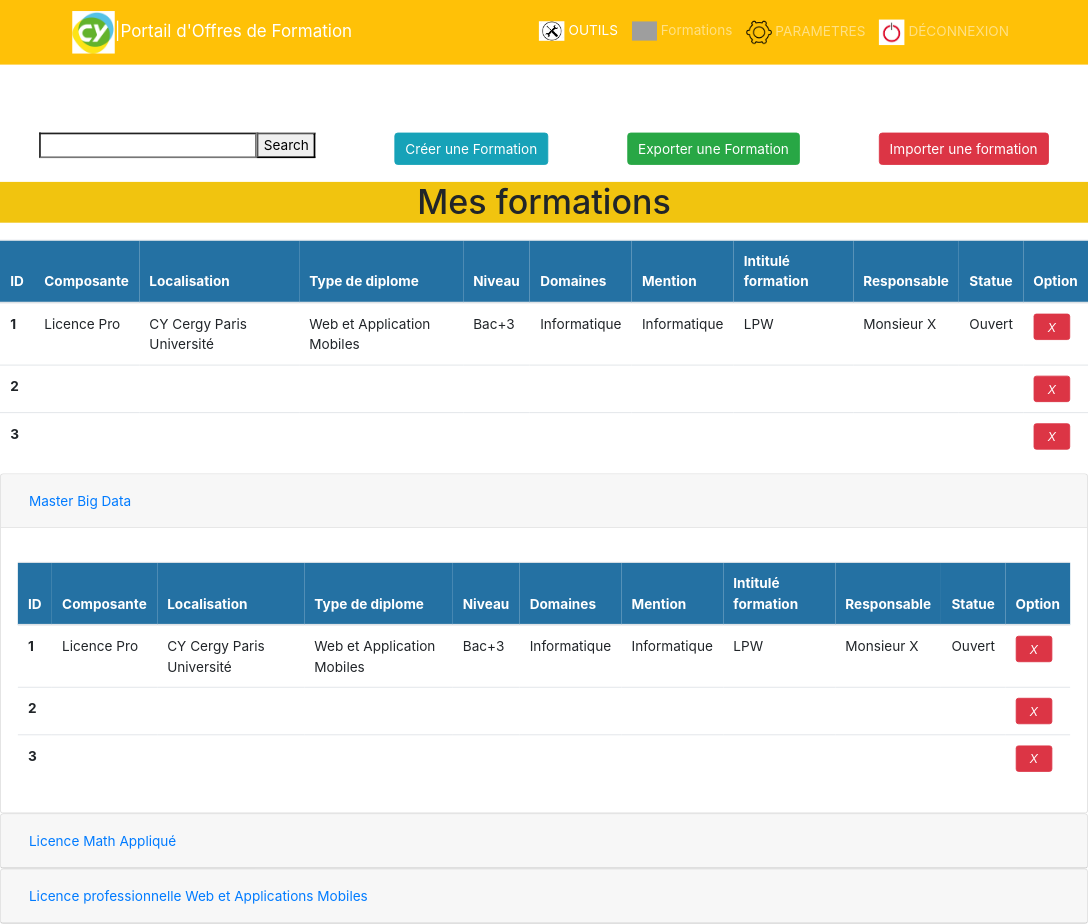
Repository: BaldeThierno1990/Projet-1-formation-tableau-generique-vue-export
Page: / (app in mcc/)
An editor plug-in stored every save of this project. The page is shown before and after the next save, followed by the edit.
The browser window is 1280 px wide. The pictures show the whole page, at 85% of full size.
Pictures or frames that could not be fetched are drawn as grey boxes. The project was rebuilt for these pictures with package versions that can differ from the ones it lists, and the page was loaded fresh each time.

Above is the page before, as saved 2021-03-22 13:16:28.

After the next save:
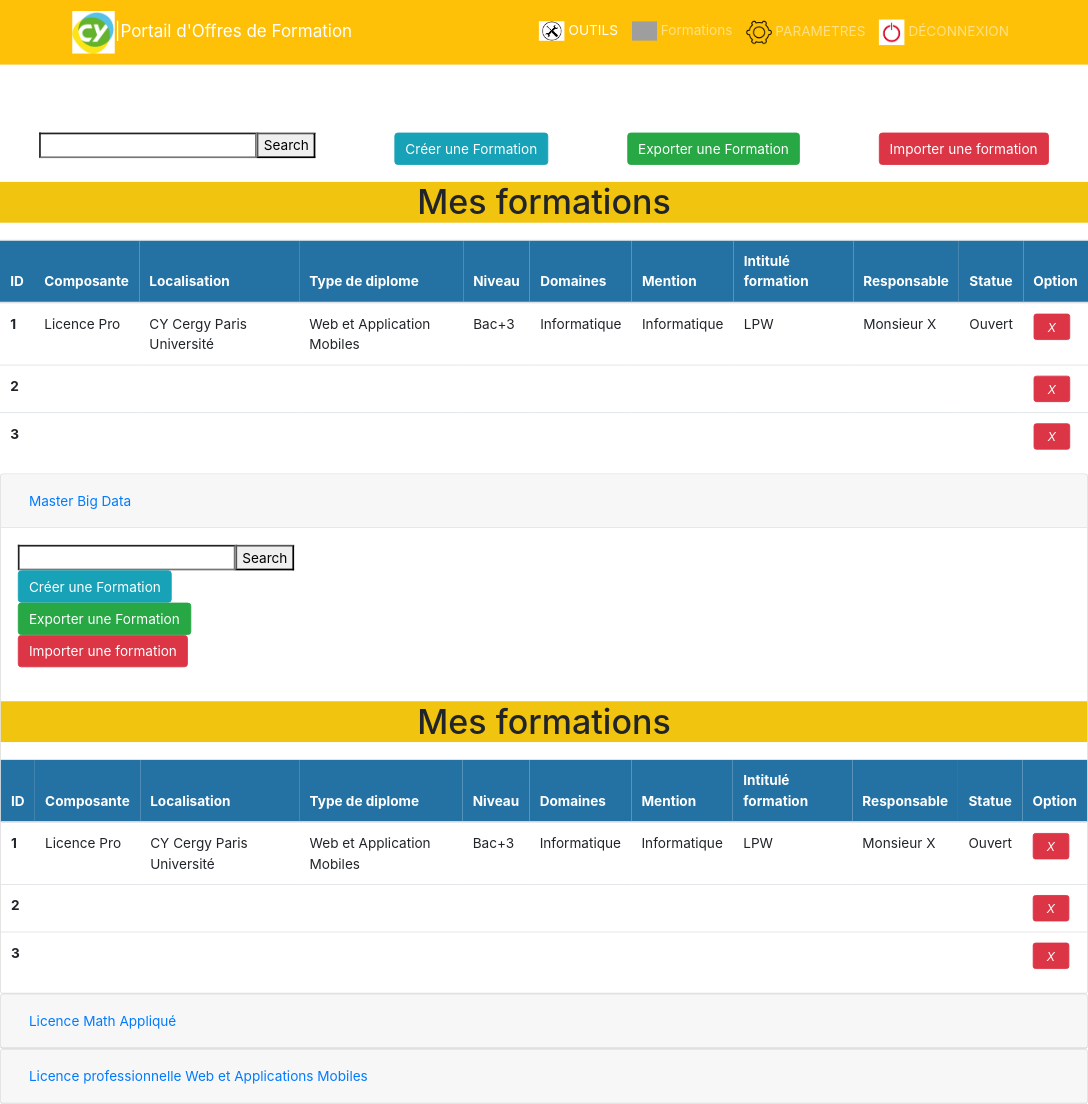
Saved 51 s later.
--- a/mcc/src/components/tableau/VFormation.vue
+++ b/mcc/src/components/tableau/VFormation.vue
@@ -13,7 +13,23 @@
     <div id="collapseOne" class="collapse show" aria-labelledby="headingOne" data-parent="#accordion">
       <div class="card-body">
 
-
+         <div class="formation">
+         <input type="search" id="site-search" name="q"
+        aria-label="Search through site content">
+        <button>Search</button></div>
+        <div class="formation"><button type="button" class="btn btn-info">Créer une Formation</button></div>
+          <div class="formation"><button type="button" class="btn btn-success">Exporter une Formation</button></div>
+        <div class="formation"><button type="button" class="btn btn-danger">Importer une formation</button></div>
+
+
+
+    </div>
+
+
+    <div>
+        <div class="menu">
+        <h1> Mes formations</h1>
+    </div>
 
 
        <table class="table align-middle">
